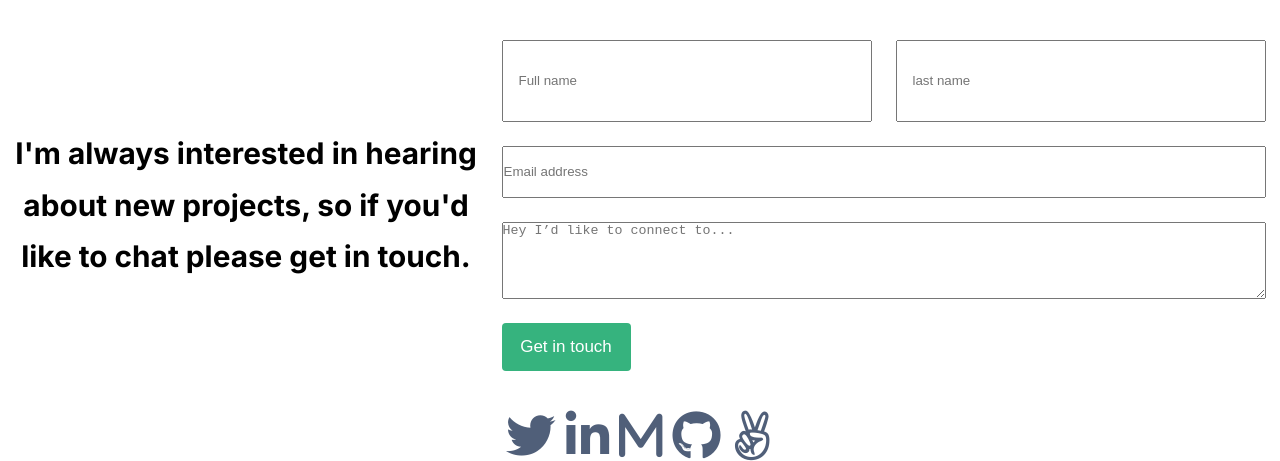
Repository: usman3123/portfolio-template-2
Page: index.html
These files come from the project's save history. The page is drawn as it stood at one moment and after the next save; the edit follows.
The browser window is 1280 px wide. The pictures show the part of the page from y = 2881 to 3342 px (the page is 3342 px tall).
Some web libraries are served in a nearby version.

Above is the page before, as saved 2025-01-21 09:30:53.

### index.html
<!DOCTYPE html>
<html lang="en">
<head>
    <meta charset="UTF-8">
    <meta name="viewport" content="width=device-width, initial-scale=1.0">
    <title>Document</title>
    <link rel="stylesheet" href="style.css">
    <link rel="stylesheet" href="https://cdnjs.cloudflare.com/ajax/libs/font-awesome/6.6.0/css/all.min.css">
    <link rel="stylesheet" href="https://cdnjs.cloudflare.com/ajax/libs/boxicons/2.1.0/dist/boxicons.js">
    <link rel="preconnect" href="https://fonts.googleapis.com">
    <link rel="preconnect" href="https://fonts.gstatic.com" crossorigin>
    <link href="https://fonts.googleapis.com/css2?family=Inter:ital,opsz,wght@0,14..32,100..900;1,14..32,100..900&display=swap" rel="stylesheet">
</head>
<body>

    <!-- Navbar section -->
    <nav class="nav-linked">
        <i class="fa-solid fa-bars" id="nav-icon"></i>
        <div class="nav-links">
        <p class="nav-link">portfolio</p>
        <p class="nav-link">about</p>
        <p class="nav-link">contact</p>
        </div>
    </nav>

    <!-- Hero section -->
    <section class="hero-section flex">
      <h1 class="hero-heading">
        <span>Hey there. I’m usman.</span>
        <span>I’m a software developer</span>
      </h1>
        <p class="hero-paragraph"> I can help you build a product , feature or website Look through some of my work and experience! If you like what you see and have a project you need coded ,
             don’t hesitate to contact me.</p>
        <div class="hero-icon flex">
            <i class="fa-brands fa-twitter icon"></i>
            <i class="fa-brands fa-linkedin-in icon"></i>
            <i class="fa-sharp fa-solid fa-m icon"></i>
            <i class="fa-brands fa-github icon"></i>
            <i class="fa-brands fa-angellist icon"></i>
        </div>
        <i class="fa-solid fa-chevron-down button flex"></i>
    </section>

    <!-- Cards section -->
    <section class="cards-section flex">
        <h2 class="card-heading">
            My Recent Works
        </h2>
        <div class="cards">
            <div class="card flex">
                <img class="img" src="/assets/project.png">
                <div class="card-text flex">
                    <h3 class="text-heading">Multi-Post Stories Gain+Glory</h3>
                    <div class="languages flex">
                        <p class="language">Ruby on Rails</p>
                        <p class="language">CSS</p>
                        <p class="language">JavaScript</p>
                        <p class="language">HTML</p>
                    </div>
                    <button class="card-button">See project</button>
                </div>
            </div>
            <div class="card flex">
                <img class="img" src="/assets/project.png">
                <div class="card-text flex">
                    <h3 class="text-heading">Multi-Post Stories Gain+Glory</h3>
                    <div class="languages flex">
                        <p class="language">Ruby on Rails</p>
                        <p class="language">CSS</p>
                        <p class="language">JavaScript</p>
                        <p class="language">HTML</p>
                    </div>
                    <button class="card-button">See project</button>
                </div>
            </div>
            <div class="card flex">
                <img class="img" src="/assets/project.png">
                <div class="card-text flex">
                    <h3 class="text-heading">Multi-Post Stories Gain+Glory</h3>
                    <div class="languages flex">
                        <p class="language">Ruby on Rails</p>
                        <p class="language">CSS</p>
                        <p class="language">JavaScript</p>
                        <p class="language">HTML</p>
                    </div>
                    <button class="card-button">See project</button>
                </div>
            </div>
            <div class="card flex">
                <img class="img" src="/assets/project.png">
                <div class="card-text flex">
                    <h3 class="text-heading">Multi-Post Stories Gain+Glory</h3>
                    <div class="languages flex">
                        <p class="language">Ruby on Rails</p>
                        <p class="language">CSS</p>
                        <p class="language">JavaScript</p>
                        <p class="language">HTML</p>
                    </div>
                    <button class="card-button">See project</button>
                </div>
            </div>
            <div class="card flex">
                <img class="img" src="/assets/project.png">
                <div class="card-text flex">
                    <h3 class="text-heading">Multi-Post Stories Gain+Glory</h3>
                    <div class="languages flex">
                        <p class="language">Ruby on Rails</p>
                        <p class="language">CSS</p>
                        <p class="language">JavaScript</p>
                        <p class="language">HTML</p>
                    </div>
                    <button class="card-button">See project</button>
                </div>
            </div>
            <div class="card flex">
                <img class="img" src="/assets/project.png">
                <div class="card-text flex">
                    <h3 class="text-heading">Multi-Post Stories Gain+Glory</h3>
                    <div class="languages flex">
                        <p class="language">Ruby on Rails</p>
                        <p class="language">CSS</p>
                        <p class="language">JavaScript</p>
                        <p class="language">HTML</p>
                    </div>
                    <button class="card-button">See project</button>
                </div>
            </div>


        </div>
    </section>
    <section class="about-section flex">
        <div class="about-header">
        <h3 class="about-heading">About me</h3>
        <p class="about-paragraph">I can help you build a product , feature or website Look through some of my work and experience! If you like what you see and have a project you need coded,
            don’t hesitate to contact me.</p>
        <button class="about-button">Get my resume</button>
    </div>
        <div class="about-cards flex">
        <div class="about-card flex">
            <img class="about-image" src="/assets/Icon Langguage (1).png">
            <div class="about-lang flex about-margin">
               <h5 class="about-card-heading">Languages</h5>
               <div class="about-languages flex about">
                   <p class="about-language">JavaScript</p>
                   <p class="about-language">Ruby</p>
                   <p class="about-language">HTML</p>
                   <p class="about-language">CSS</p>
               </div>
            </div>
        </div>
        <div class="about-card flex">
            <img class="about-image" src="/assets/Icon Name.png">
            <div class="about-lang flex">
               <h5 class="about-card-heading">Frameworks</h5>
               <div class="about-languages flex about">
                   <p class="about-language react">React.js</p>
                   <p class="about-language">Ruby on Rails</p>
                   <p class="about-language">RSpec</p>
                   <p class="about-language">Capybara</p>
                   <p class="about-language">Selenium</p>
               </div>
            </div>
        </div>
        <div class="about-card flex">
            <img class="about-image" src="/assets/Icon Name (1).png">
            <div class="about-lang flex">
               <h5 class="about-card-heading">Skills</h5>
               <div class="about-languages flex about">
                   <p class="about-language react">Database Management</p>
                   <p class="about-language">Version Control</p>
                   <p class="about-language">CLI</p>
                   <p class="about-language">Web Development</p>
                   <p class="about-language">API Design</p>
               </div>
            </div>
        </div>
        </div>
    </section>
    <section class="contact-section flex">
        <p class="contact-paragraph flex">
            I'm always interested in hearing about new projects, so if you'd like to chat please get in touch.
        </p>
        <form class="contact-form flex">
            <div class="form-name">
              <input type="text" class="input" placeholder="Full name">
              <input type="type" class="input-last" placeholder="last name">
            </div>
            <input type="email" class="my-email" placeholder="Email address">
            <textarea name="get in touch" class="feed-back" placeholder="Hey I’d like to connect to..." rows="5"></textarea>
            <button class="about-button contact-button">Get in touch</button>
        </form>
        <p class="contact-email">myemailhere@email.com</p>
    </section>
    <div class="hero-icon contact-icons flex">
        <i class="fa-brands fa-twitter icon"></i>
        <i class="fa-brands fa-linkedin-in icon"></i>
        <i class="fa-sharp fa-solid fa-m icon"></i>
        <i class="fa-brands fa-github icon"></i>
        <i class="fa-brands fa-angellist icon"></i>
    </div>

</body>
</html>

### style.css
html {
    font-size: 62%;
}

*{
    margin: 0%;
    padding: 0%;
}

body {
    max-width: 1440px;
    margin: 0 auto;
    font-family: "Inter", system-ui;
}

/* NAVBAR */

.flex {
    display: flex;
}

.nav-linked {
    justify-content: center;
    color: #344563;
    gap: 2.4rem;
    font-size: 2rem;
}

.nav-links {
   justify-content: center;
   color: #344563;
   gap: 2.4rem;
   font-size: 2rem;
   display: none;
}

#nav-icon {
    position: absolute;
    right: 20px;
}
/* Hero-Section */

.hero-section {
    flex-direction: column;
    justify-content: center;
    align-items: center;
    padding: 0 1.7%;
    gap: 20px;
    height: 100vh;
    max-height: 1407px;
    background-image: url(/bg-mobile.svg);
    background-size: 100%;
    background-repeat: no-repeat;
    background-position-x: center;
}

.hero-heading {
    font-size: 4rem;
    text-align: center;
}

.hero-heading > :nth-child(1) {
    display: inline-block;
    width: 59vw;
}

.hero-heading > :nth-child(2) {
    color: #36B37E;
    display: block;
}

.hero-paragraph {
    font-size: 2rem;
    line-height:3rem ;
    text-align: center;
    width: 87%;
    max-width: 920px;
}

.hero-icon{
    gap: 10px;
}
.icon {
    font-size: 2rem;
    color: rgb(212, 197, 197);
    gap: 10px;
    color: #505f79;
    font-size: 5rem;

}

.arrow {
    font-size: 2rem;
    color: black;
}

.button {
    font-size: 1.7rem;
    color: black;
    padding:15px;
    border: 1px solid grey;
    border-radius:30px;
    margin-top: 100px;
}

/* Cards-Section */

.cards-section {
    padding: 50px 0;
}

h2 {
    text-align: center;
    font-size: 4rem;
    width: 70%;
    position: relative;
}

h2::before {
    position: absolute;
    content: "";
    left: 50%;
    bottom: -15px;
    width: 50px;
    height: 4px;
    background-color: #36b37e;
    transform: translateX(-50%);
    border-radius: 20px;
}


.cards {
    display: flex;
    margin: 6.4%;
    justify-content: center;
    align-items: center;
    flex-wrap: wrap;
    gap: 30px;
}

.card {
    flex-direction: column;
    align-items: center;
    justify-content: center;
    max-width: 369px;
    border: 1px solid #d0d9d4;
    overflow: hidden;
    border-radius: 0 0 15px 15px;
}
.img {
    width: 100%;
    height: 252px;

}
.card-heading {
    margin: auto;
}
.card-text {
    background-color: #ffffff;
    width: 100%;
    flex-direction: column;
    align-items: center;
    gap: 16px;
    border-radius: 15px 15px 0 0;
    padding: 5px 0;
}
.text-heading {
    font-size:24px;
    line-height: 32px;
    width: 220px;
    text-align: center;
}
.language {
    color: black;
    background-color: #ebf0ee;
    padding: 8px 15px;
    font-size: 12px;
    line-height: 16px;
}
.languages {
    gap: 10px;
}
.card-button {
    color: white;
    background-color: #36b37e;
    padding: 12px;
    border-radius: 4px;
    border: none;
    width: 122px;
    font-size: 17px;
    line-height: 24px;
    margin: 20px 0;
}
.cards-section {
    flex-direction: column;
    gap: 50px;
}

/* About-Section */

.about-section {
    flex-direction: column;
    gap: 60px;
    background-image: url(/about-bg.svg);
    background-size: 100%;
    background-repeat: no-repeat;
    padding: 50px 24px 10px 24px;
    background-position-y: start;
}

.about-header {
    display: flex;
    flex-direction: column;
    align-items: center;
    gap: 25px;
    background-image: url(/about-header-bg.svg);
    background-size: 20%;
    background-repeat: no-repeat;
    background-position-y: bottom;
}
.about-heading {
    font-size: 40px;
    font-weight: 700;
    line-height: 52px;
}
.about-paragraph {
    font-size: 20px;
    line-height: 32px;
    text-align: center;
    max-width: 920px;
}
.about-button {
    color: white;
    background-color: #36b37e;
    padding: 12px;
    border-radius: 4px;
    border: none;
    font-size: 17px;
    line-height: 24px;
}
.about-card {
    flex-direction: column;
    background-color:#ebf0ee ;
    align-items: center;
    justify-content: center;
    border-radius: 8px;
    width: 100%;
    max-width: 369px;
    padding: 0 16px;
}
.about-card-heading {
    font-size: 24px;
    line-height: 32px;
}
.about-language {
    color: #36b37e;
    background-color: white;
    border-radius: 8px;
    padding: 12px;
    font-size: 12px;
    line-height: 16px;
    font-weight: 600;
}
.about {
    flex-wrap: wrap;
    gap: 8px;
    justify-content: center;
}
.about-image {
    padding-top:16px ;
}
.about-lang {
    flex-direction: column;
    gap: 24px;
    align-items: center;
    justify-content: center;
    margin-bottom: 8%;
}
.about-margin {
    margin-bottom: 18%;
}
.about-cards {
    flex-wrap: wrap;
    gap: 24px;
    justify-content: center;
}
.contact-section {
    gap: 24px;
    align-items: center;
    justify-content: center;
    padding: 40px 0;
}
.contact-paragraph {
    font-size: 3rem;
    line-height: 5.2rem;
    font-weight: 700;
    text-align: center;
    width: 463px;
}
.contact-form {
    flex-direction: column;
    gap: 24px;
    width: 764px;
}
.input {
    line-height: 48px;
    width: 50%;
    padding: 15px;
}
.input-last {
    line-height: 48px;
    width: 50%;
    padding: 15px;
}
.contact-email {
    color:#42526e ;
    font-size:20px ;
    line-height: 32px;
    width: 100%;
    text-align: center;
    font-family: inter;
}
.contact-icons {
    position: relative;
    justify-content: center;
}
.contact-icons::before {
    content: "";
    width: 95px;
    height: 3px;
    background-color: black;
    position: absolute;
    bottom: -20px;
    border-radius: 20px;
}
.form-name {
    display: flex;
    gap: 24px;

}
.my-email {
    line-height: 48px;
}
.contact-button {
    width: 129px;
}


@media (min-width: 767px) {

    .hero-section {
        background-image: url(/back-img.png);
    }
    #nav-icon {
        display: none;
    }
    .nav-links {
        display: flex;
    }
    .contact-email {
        display: none;
    }
    .contact-icons::before{
        display: none;
    }
    h2::before {
        display: none;
    }
    .cards {
        margin-top:0px ;
    }
}
@media (min-width:0px) and (max-width:850px){
    .contact-paragraph {
        width:327px;
        font-size: 4rem;
        line-height: 5.2rem;
        padding: 0 24px;
        text-align: center;
    }
    .contact-section {
        padding: 21.5% 0%;
        flex-direction: column;
    }
    .input-last {
        display: none;
    }
    .contact-form {
        width: 327px;
    }
    .form-name {
        width: 327px;
    }
    .input {
        width: 100%;
    }
}

After the next save:
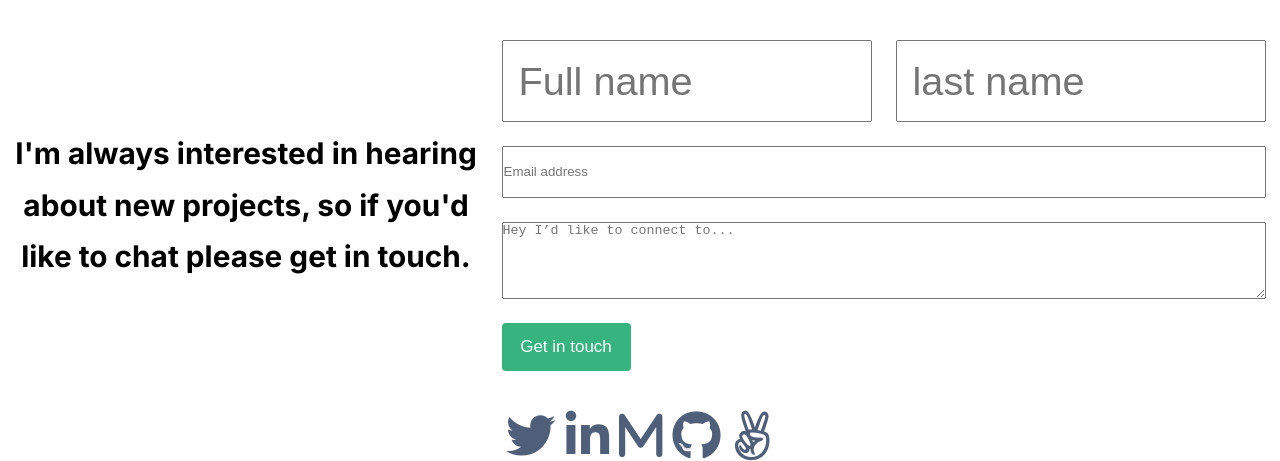
Saved 65 s later.
--- a/style.css
+++ b/style.css
@@ -306,11 +306,13 @@ h2::before {
     line-height: 48px;
     width: 50%;
     padding: 15px;
+    font-size: 4rem;
 }
 .input-last {
     line-height: 48px;
     width: 50%;
     padding: 15px;
+    font-size: 4rem;
 }
 .contact-email {
     color:#42526e ;
